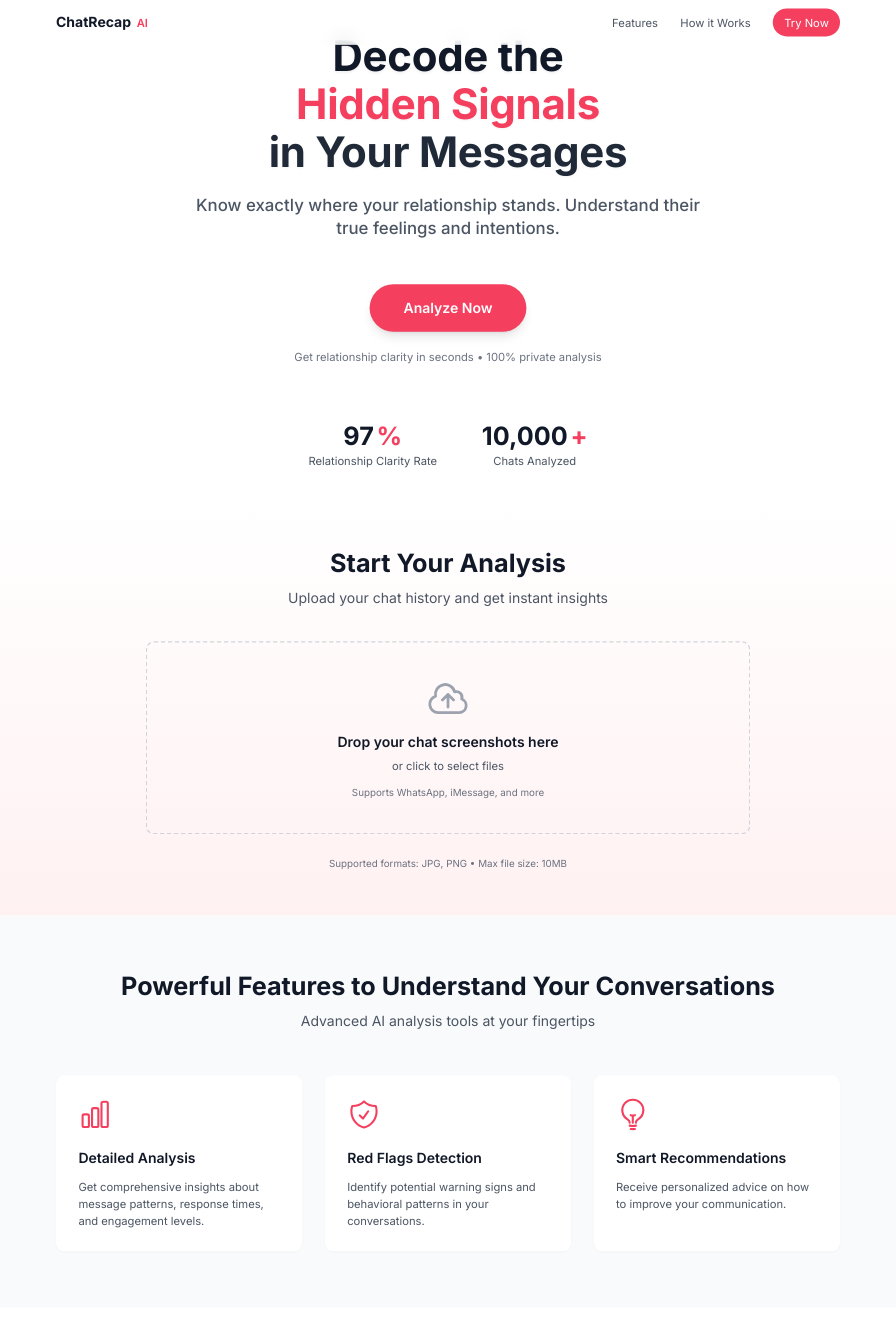
Repository: eurekabot123/chatrecap-ai
Page: /
These files come from the project's save history. The page is drawn as it stood at one moment and after the next save; the edit follows.
The browser window is 1280 px wide. The pictures show the part of the page from y = 0 to 1920 px (the page is 3617 px tall), at 70% of full size.
The project was rebuilt for these pictures with package versions that can differ from the ones it lists, and the page was loaded fresh each time. The framework's server and built-in components were replaced by stand-ins that run in the browser. Also part of the build but not shown: next.config.ts.

Above is the page before, as saved 2025-01-13 02:40:16.

After the next save:
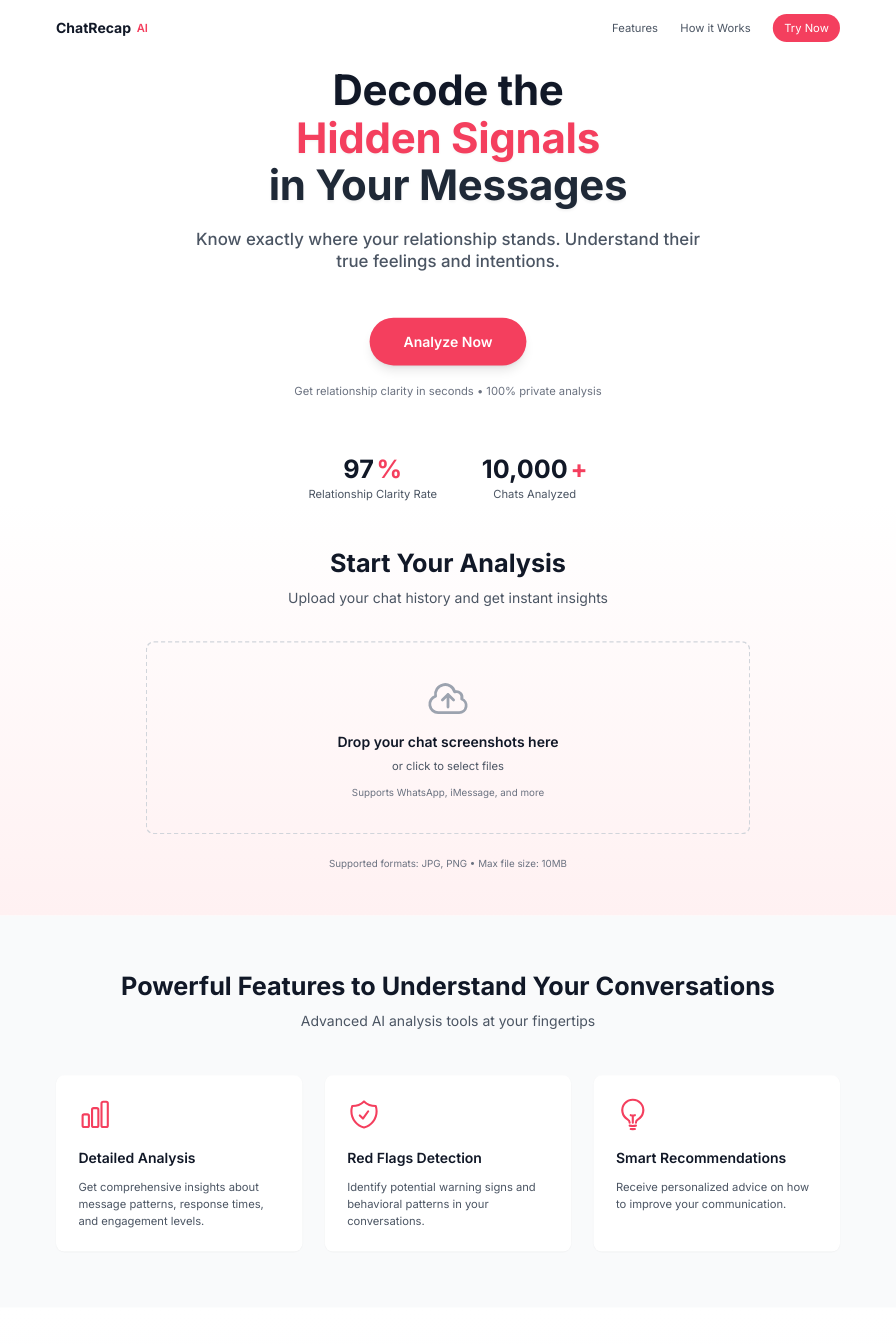
Saved 2 min 9 s later.
--- a/src/components/layout/Navbar.tsx
+++ b/src/components/layout/Navbar.tsx
@@ -12,7 +12,7 @@ export default function Navbar() {
       transition={{ duration: 0.5 }}
     >
       <div className="max-w-6xl mx-auto px-4">
-        <div className="flex items-center justify-between h-16">
+        <div className="flex items-center justify-between h-20">
           {/* Logo */}
           <Link href="/" className="flex items-center space-x-2">
             <span className="text-xl font-bold text-gray-900">ChatRecap</span>
--- a/src/components/home/Hero.tsx
+++ b/src/components/home/Hero.tsx
@@ -2,7 +2,7 @@ import { HeroActions, TrustSignals } from './HeroClient'
 
 export default function Hero() {
   return (
-    <div className="relative min-h-screen flex flex-col items-center justify-center px-4">
+    <div className="relative min-h-screen flex flex-col items-center justify-center px-4 pt-24">
       <div className="text-center max-w-[1200px]">
         <h1 className="font-bold tracking-tight">
           <div className="text-5xl md:text-6xl text-gray-900 mb-2">Decode the</div>
